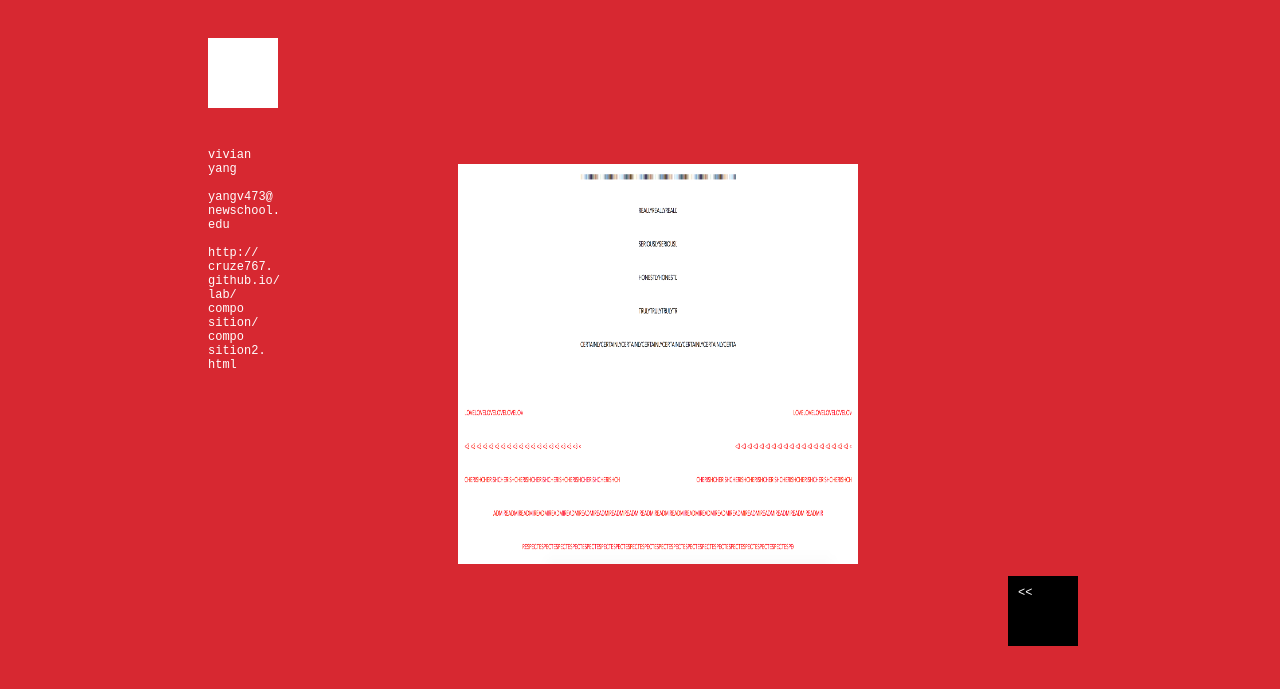
Repository: raghu225/raghu225.github.io
Page: archive/n_vivian.html
The author's editor kept a record of every edit. The page is drawn from the files as they stood at one moment, then again after the next edit.
The browser window is 1280 px wide. The pictures show the whole page.

Above is the page before.

### archive/n_vivian.html
<html>

    <head>
        <title>Vivian Yang</title>
        <link href="assets/css/style.css" rel="stylesheet" type="text/css" />
    </head>

    <body>

    <div class="wrapper">

        <div class="white icon"></div>
        <p class="text">
            vivian
            <br>
            yang
            <br>
            <br>
            yangv473@
            <br>
            newschool.
            <br>
            edu
            <br>
            <br>
            http://
            <br>
            cruze767.
            <br>
            github.io/
            <br>
            lab/
            <br>
            compo
            <br>
            sition/
            <br>
            compo
            <br>
            sition2.
            <br>
            html
        </p>

        <!--<div class="static-wrapper">-->
            <img class="static" src="assets/images/vivian.png"/>
        <!--</div>-->
        <a href="index.html"><div class="prev"><p><<</p></div></a>
    </body>

</html>

### archive/assets/css/style.css
body {
    background-color: #d72831;
}

.wrapper {
    /*width: 1000px;*/
    /*margin-top: 20px;*/
    /*margin-left: 300px;*/
    /*position: absolute;*/
    display: inline-block;
    width: 100%
}

.background {
    margin-left: 60px;
    margin-top: 30px;
    width: 70px;
    height: 70px;
    /*border: solid white;*/
    /*display: inline block;*/
    box-shadow: 1px 1px 12px #000000;
    transition: all .6s ease-in-out;
}

.vertical1 {
  position: absolute;
  margin-left: -342px;
  margin-top: -170px;
}

.vertical2 {
    position: absolute;
    margin-left: -342px;
    margin-top: -70px;
}

.vertical3 {
    position: absolute;
    margin-left: -342px;
    margin-top: 130px;
}


.background:hover {
    transform: scale(1.1);
}

.black {
    background-color: #000;
    /*display: inline-block;*/
    /*float: left;*/
}

.white {
    background-color: #fff;
    /*width: 90px;*/
    /*height: 90px;*/
    /*float: right;*/
    display: inline-block;
}

.grey:hover {
    background-color: black;
}

.text {
    font-family: 'courier new', courier;
    color: white;
    font-size: 12px;
    font-weight: lighter;
    width: 70px;
    margin-left: 200px;
    margin-top: 30px;
}

.icon {
    margin-left: 200px;
    margin-top: 30px;
    width: 70px;
    height: 70px;
}

.prev {
    background-color: black;
    width: 70px;
    height: 70px;
    /*margin-right: 0px;*/
    margin-top: 10px;
    margin-left: 1000px;
    text-decoration: none;
    color: white;
}

.left {
    float: left;
}

.static {
    /*position: absolute;*/
    width: 400px;
    height: 400px;
    margin-top: -220px;
    margin-left: 450px;
}

.static-wrapper {
    width: 100%;
}

p {
    margin-left: 10px;
    padding-top: 10px;
    font-family: 'courier new', courier;
    color: white;
    font-size: 12px;
    font-weight: lighter;
    /*position: relative;*/
}

a {
    text-decoration: none;
    color: white;
}

After the next edit:
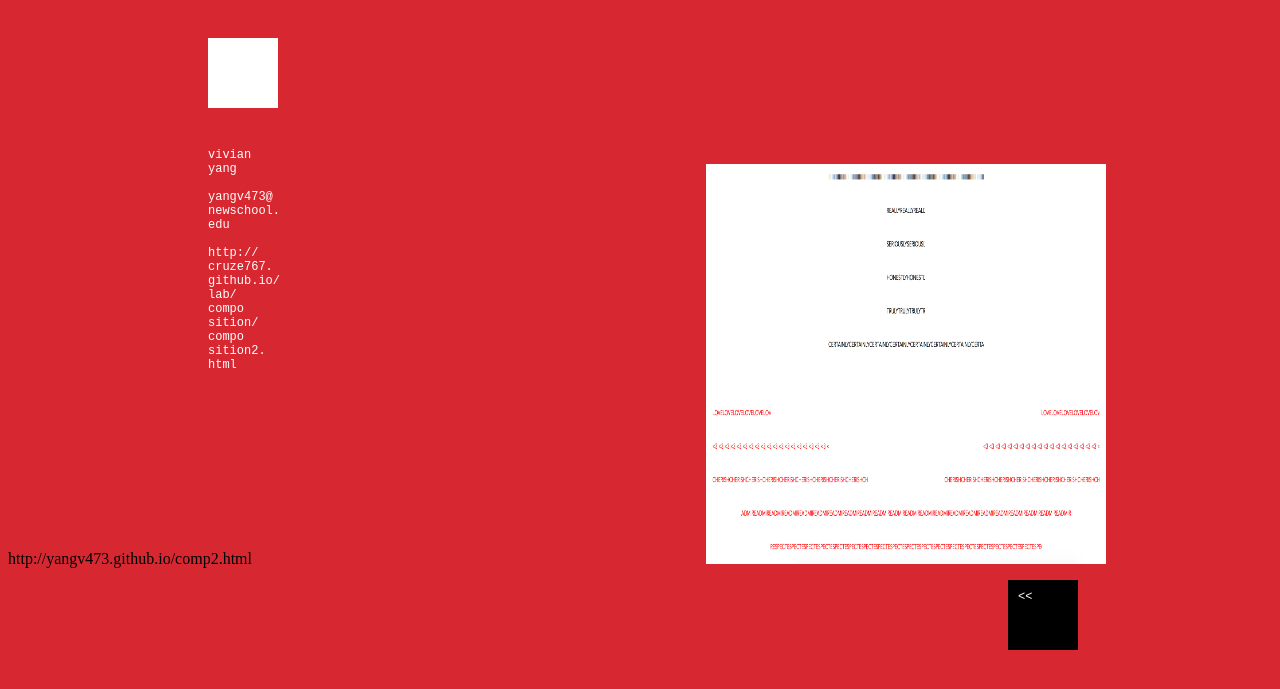
The edit:
--- a/archive/n_vivian.html
+++ b/archive/n_vivian.html
@@ -42,6 +42,8 @@
             html
         </p>
 
+        http://yangv473.github.io/comp2.html
+
         <!--<div class="static-wrapper">-->
             <img class="static" src="assets/images/vivian.png"/>
         <!--</div>-->
